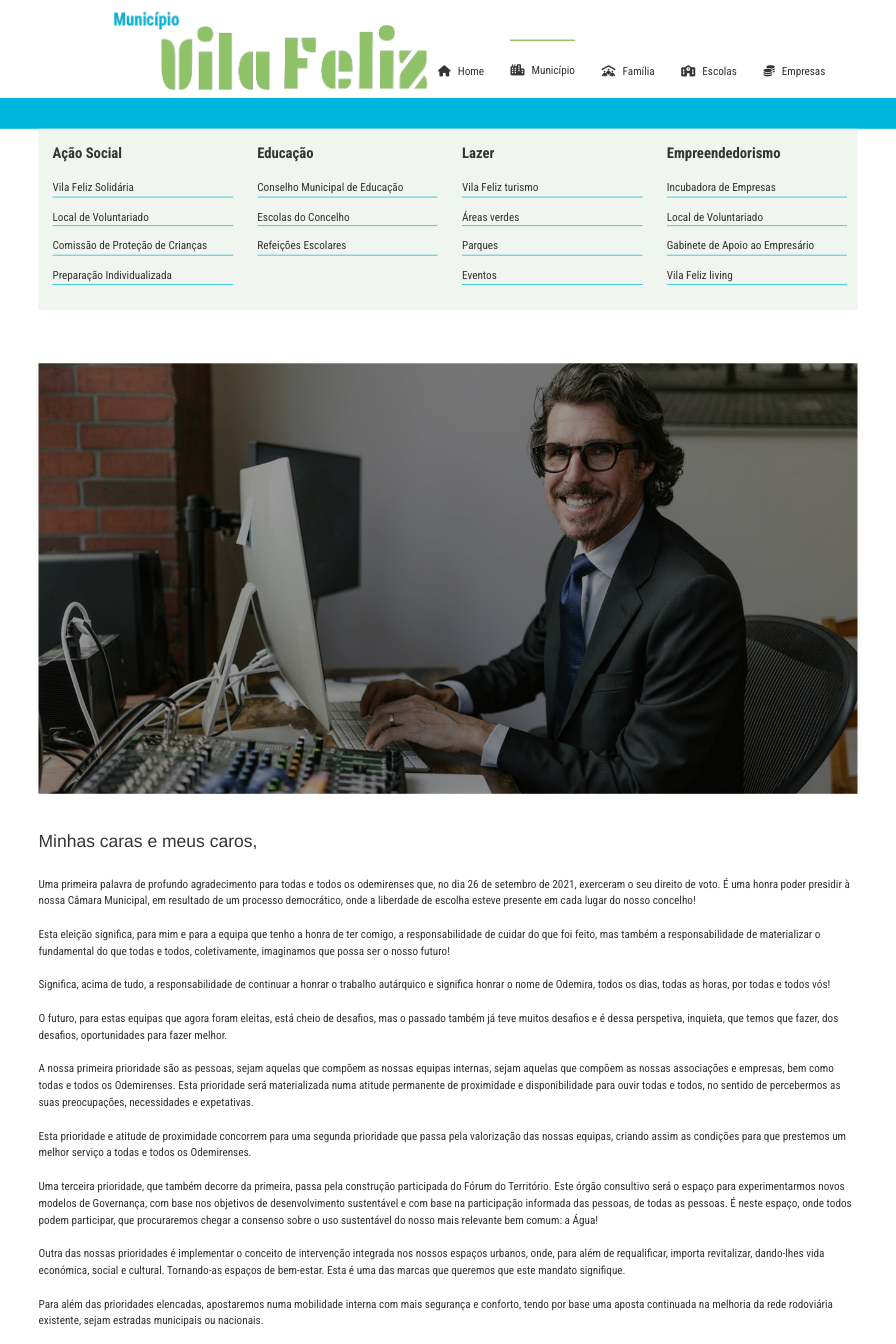
Repository: Goulart94/CmVilaFeliz
Page: municipio.html
These files come from the project's save history. The page is drawn as it stood at one moment and after the next save; the edit follows.
The browser window is 1280 px wide. The pictures show the part of the page from y = 0 to 1920 px (the page is 2803 px tall), at 70% of full size.
Some web libraries are served in a nearby version. The style sheet was rebuilt from its Sass, Less or Tailwind sources for each picture, by a compiler version that may differ from the author's.

Above is the page before, as saved 2022-05-18 10:43:40.

After the next save:
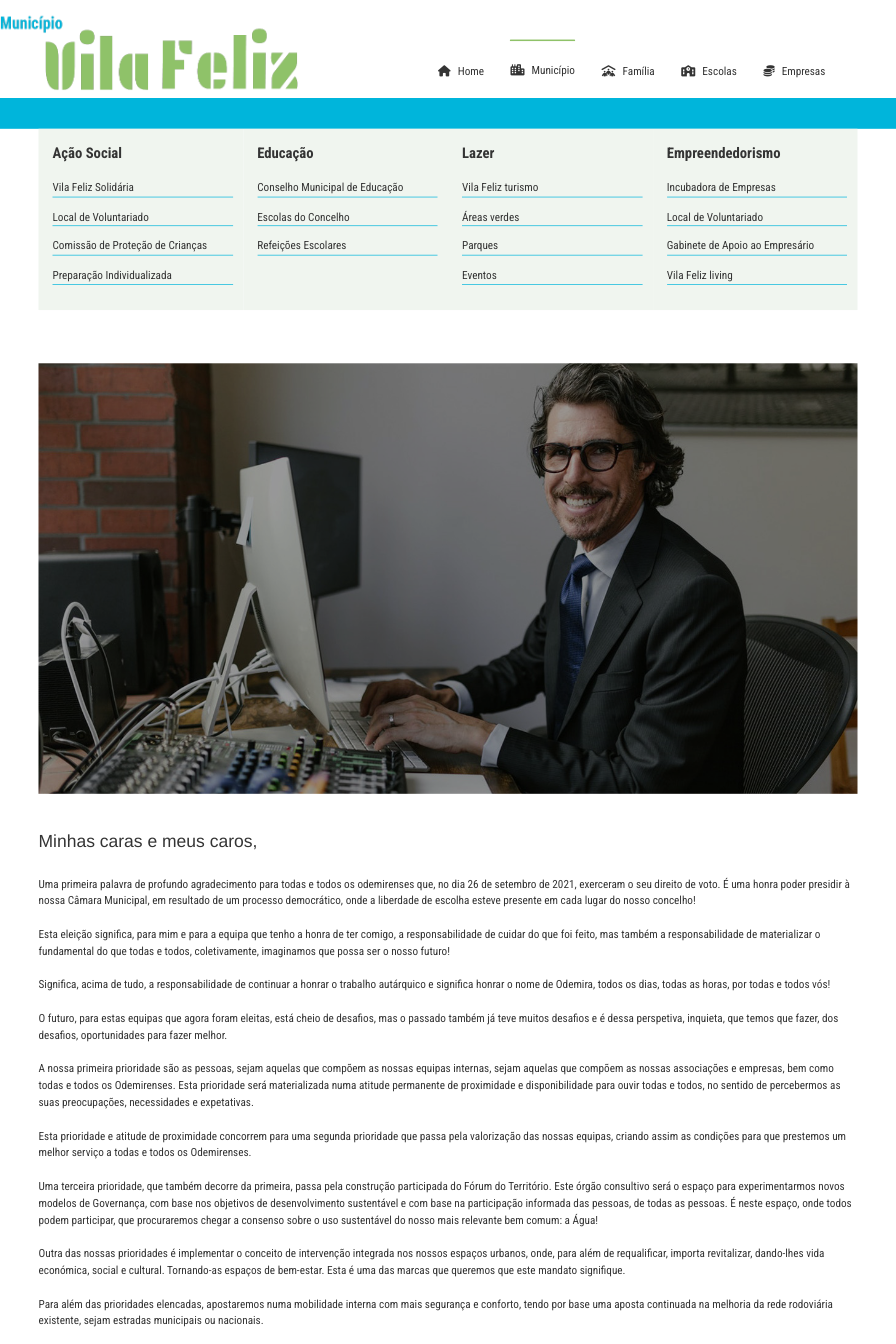
Saved 40 s later.
--- a/css/styleCity/app.scss
+++ b/css/styleCity/app.scss
@@ -56,10 +56,7 @@
     .logo {
       margin-bottom: 10px;
 
-      img {
-        margin-left: 162px;
-        max-width: 450px;
-      }
+
 
     }
 

After the save that followed:
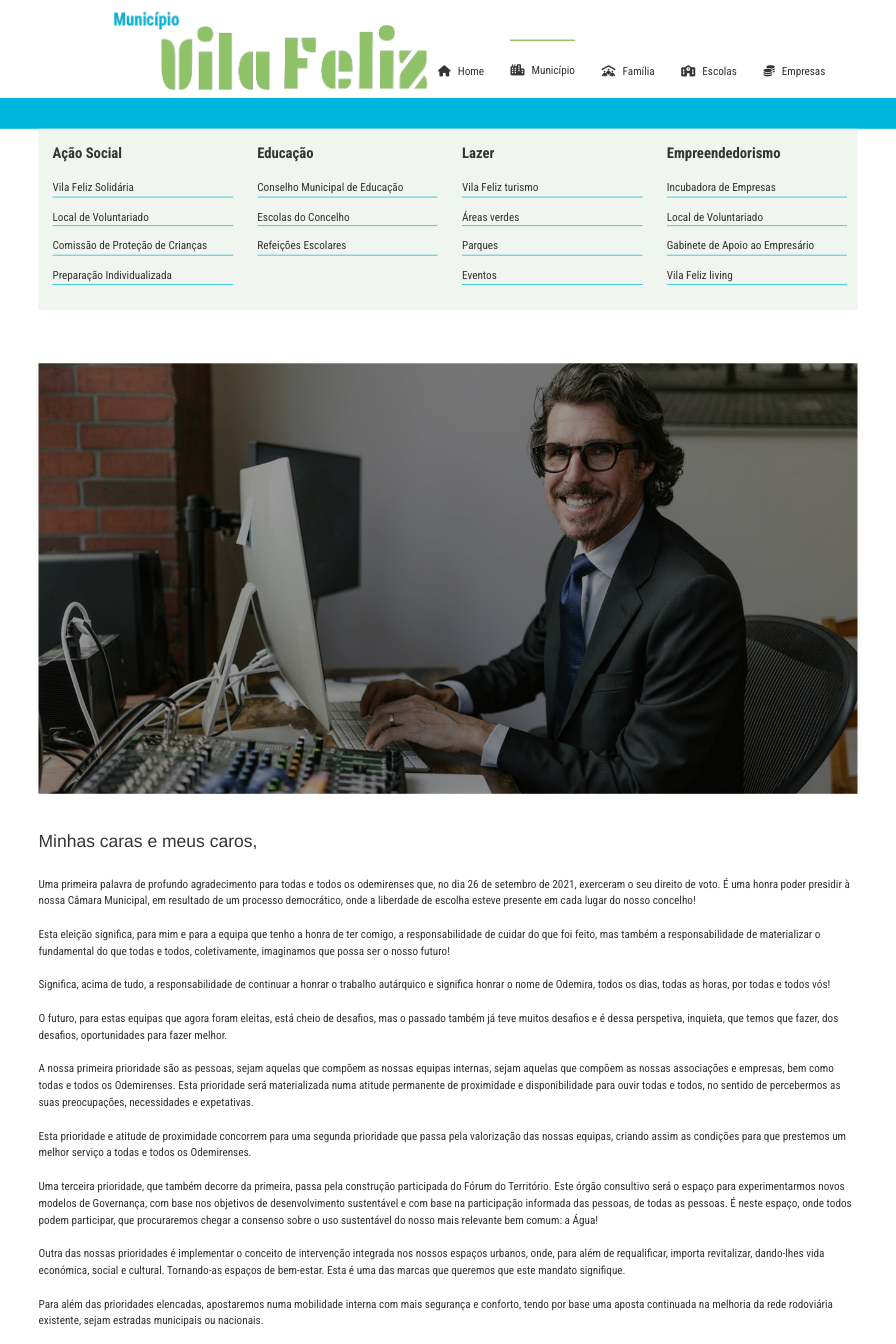
Saved 20 s later.
--- a/css/styleCity/app.scss
+++ b/css/styleCity/app.scss
@@ -56,7 +56,10 @@
     .logo {
       margin-bottom: 10px;
 
-
+      img {
+        margin-left: 162px;
+        max-width: 450px;
+      }
 
     }
 
